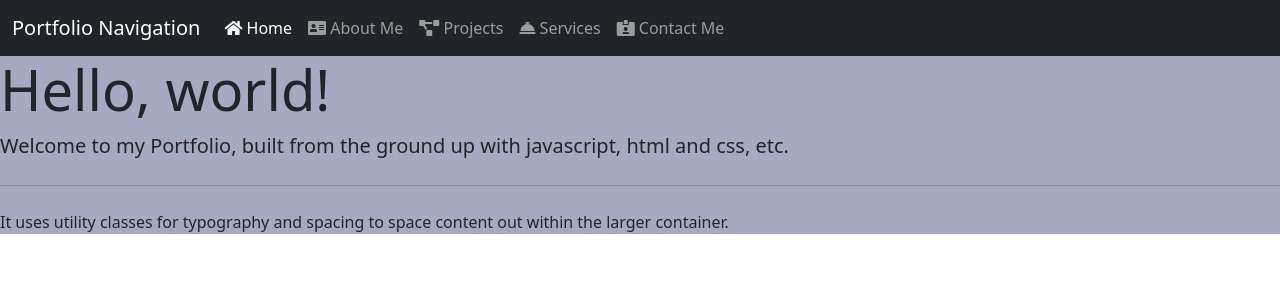
Repository: GarlicButterBoy/Portfolio
Page: index.html
These files come from the project's save history. The page is drawn as it stood at one moment and after a run of saves; the edit follows.
The browser window is 1280 px wide. The pictures show the whole page.

Above is the page before, as saved 2021-05-31 11:45:52.

### index.html
<!DOCTYPE html>
<html lang="en">
<head>
    <meta charset="UTF-8">
    <meta http-equiv="X-UA-Compatible" content="IE=edge">
    <meta name="viewport" content="width=device-width, initial-scale=1.0">
    <title>Nick Sturch-Flint Portfolio</title>
    <link rel="stylesheet" href="./node_modules/bootstrap/dist/css/bootstrap.min.css">
    <link rel="stylesheet" href="./node_modules/@fortawesome/fontawesome-free/css/all.min.css">
    <link rel="stylesheet" href="./Content/app.css">
</head>
<body>
  <!-- Main Navigation -->
    <nav class="navbar navbar-expand-lg navbar-dark bg-dark">
        <div class="container-fluid">
          <a class="navbar-brand" href="#">Portfolio Navigation</a>
          <button class="navbar-toggler" type="button" data-bs-toggle="collapse" data-bs-target="#navbarNavAltMarkup" aria-controls="navbarNavAltMarkup" aria-expanded="false" aria-label="Toggle navigation">
            <span class="navbar-toggler-icon"></span>
          </button>
          <div class="collapse navbar-collapse" id="navbarNavAltMarkup">
            <div class="navbar-nav mr-auto">
              <a class="nav-link active" aria-current="page" href="#"><i class="fas fa-home"></i> Home</a>
              <a class="nav-link" href="#"><i class="fas fa-address-card"></i> About Me</a>
              <a class="nav-link" href="#"><i class="fas fa-project-diagram"></i> Projects</a>
              <a class="nav-link" href="#"><i class="fas fa-concierge-bell"></i> Services</a>
              <a class="nav-link" href="#"><i class="fas fa-id-card-alt"></i> Contact Me</a>
            </div>
          </div>
        </div>
      </nav>
      <!-- End of Main Navigation -->

      <main class="jumbotron">
        <h1 class="display-4">Hello, world!</h1>
        <p class="lead">Welcome to my Portfolio, built from the ground up with javascript, html and css, etc.</p>
        <hr class="my-4">
        <p>It uses utility classes for typography and spacing to space content out within the larger container.</p>
      </main>

      <!-- Third Party Libraries -->
      <script src="./node_modules/jquery/dist/jquery.min.js"></script>
      <script src="./node_modules/bootstrap/dist/js/bootstrap.min.js"></script>
    <script src="./Scripts/app.js"></script>
</body>
</html>

### Content/app.css
.jumbotron {
    background-color: #a5aac2;
  }

### Scripts/app.js
//IIFE - Immediately Invoked Function Expression
// OR - Anonymous Self Executing Function
(function()
{
    function Start()
    {
        console.log("App Started");
    }

    window.addEventListener("load", Start);
})();

Loaded but not shown: node_modules/bootstrap/dist/css/bootstrap.min.css (library); node_modules/@fortawesome/fontawesome-free/css/all.min.css (library); node_modules/jquery/dist/jquery.min.js (library); node_modules/bootstrap/dist/js/bootstrap.min.js (library)

After the next 2 saves:
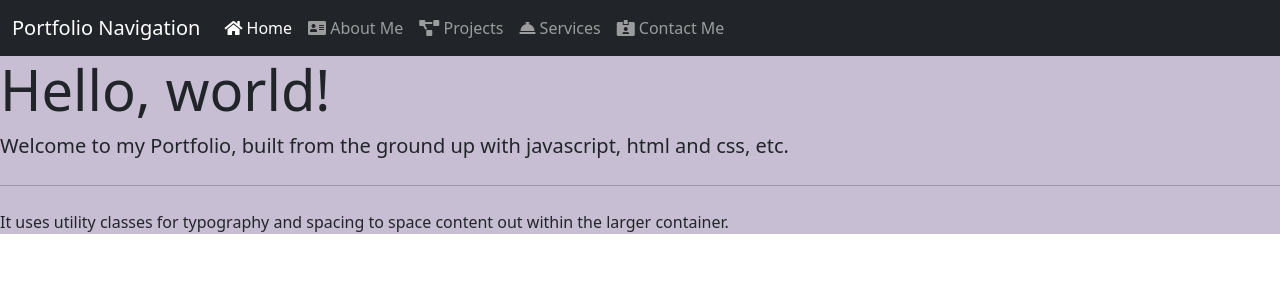
The 2 saves are shown as one change because they came seconds apart.
The last was saved 20 s later.
--- a/Content/app.css
+++ b/Content/app.css
@@ -1,3 +1,3 @@
 .jumbotron {
-    background-color: #a5aac2;
+    background-color: #c7bed3;
   }
